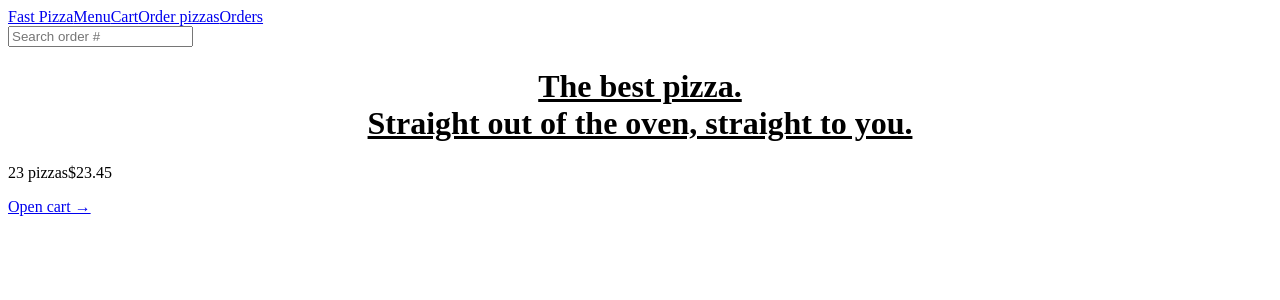
Repository: islamsaeedDev/ecommerce-cash-on-deliver-pizza-store
Page: /
An editor plug-in stored every save of this project. The page is shown before and after the next save, followed by the edit.
The browser window is 1280 px wide. The pictures show the whole page.
The project was rebuilt for these pictures with package versions that can differ from the ones it lists, and the page was loaded fresh each time. Also part of the build but not shown: vite.config.js, src/ui/Error.jsx, src/services/apiRestaurant.js, src/utils/helpers.js, src/features/menu/MenuItem.jsx, src/features/menu/Menu.jsx, src/features/cart/Cart.jsx, src/features/order/Order.jsx and 1 more. Imported but missing from the stored project, and not drawn on this page: src/features/order/CreateOrder.

Above is the page before, as saved 2025-10-22 03:41:29.

After the next save:
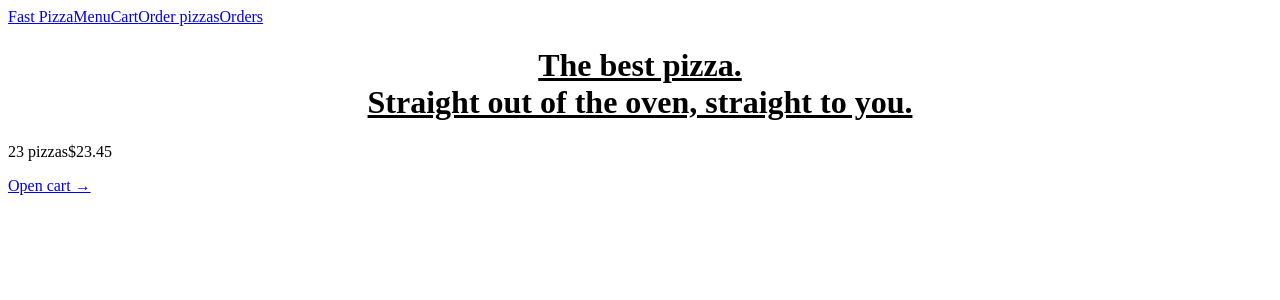
Saved 88 s later.
--- a/src/ui/Home.jsx
+++ b/src/ui/Home.jsx
@@ -3,7 +3,6 @@ import SearchOrder from '../features/order/SearchOrder';
 function Home() {
   return (
     <div>
-      <SearchOrder />
       <h1 className="text-center text-3xl font-bold text-stone-700 underline">
         The best pizza.
         <br />

After the save that followed:
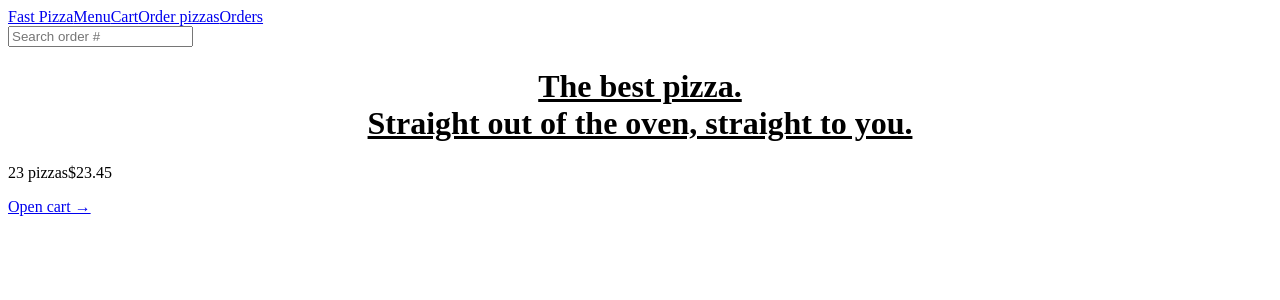
Saved 24 s later.
--- a/src/ui/Header.jsx
+++ b/src/ui/Header.jsx
@@ -1,4 +1,5 @@
 import { Link } from 'react-router-dom';
+import SearchOrder from '../features/order/SearchOrder';
 
 function Header() {
   return (
@@ -8,6 +9,7 @@ function Header() {
       <Link to="/cart">Cart</Link>
       <Link to="/order/new">Order pizzas</Link>
       <Link to="/order">Orders</Link>
+      <SearchOrder />
     </header>
   );
 }
